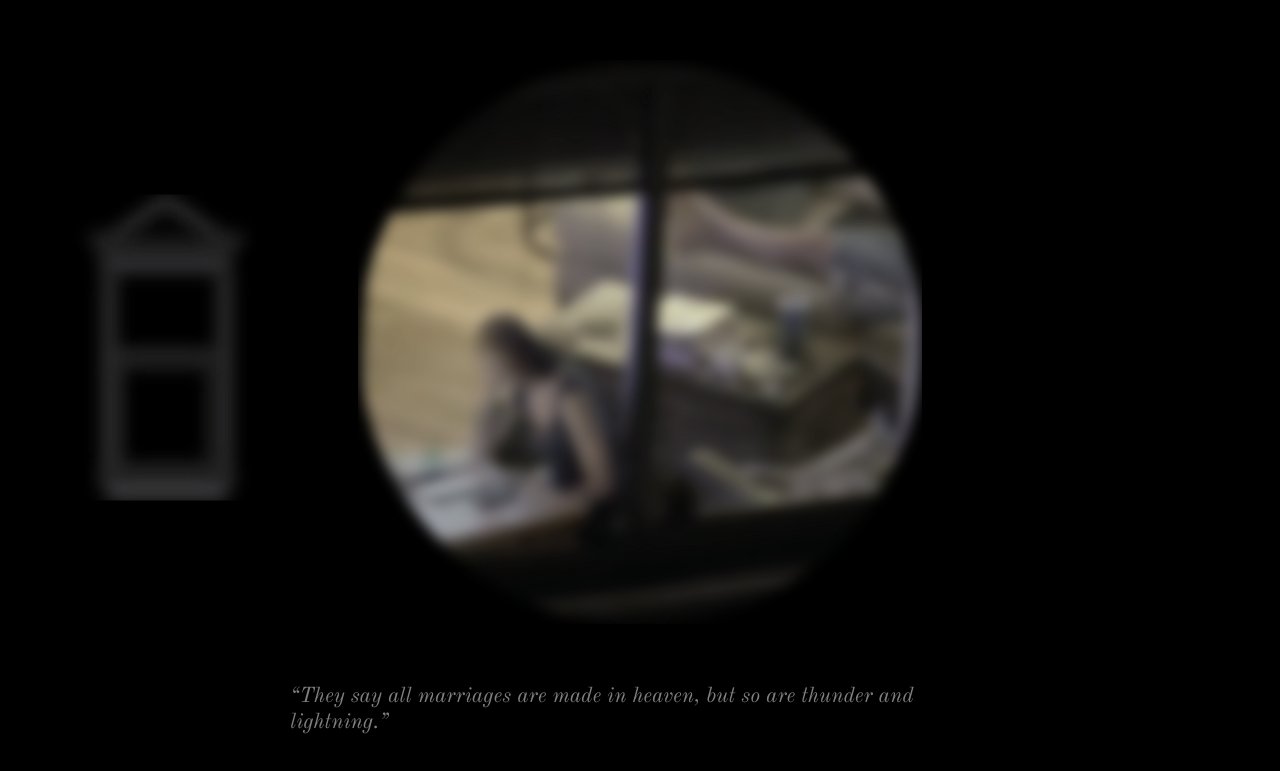
Repository: ConnyPinto/connypinto.github.io
Page: studio/space/final-space/room3.html
The author's editor kept a record of every edit. The page is drawn from the files as they stood at one moment, then again after the next edit.
The browser window is 1280 px wide. The pictures show the whole page.
Some web libraries are served in a nearby version.

Above is the page before.

After the next edit:
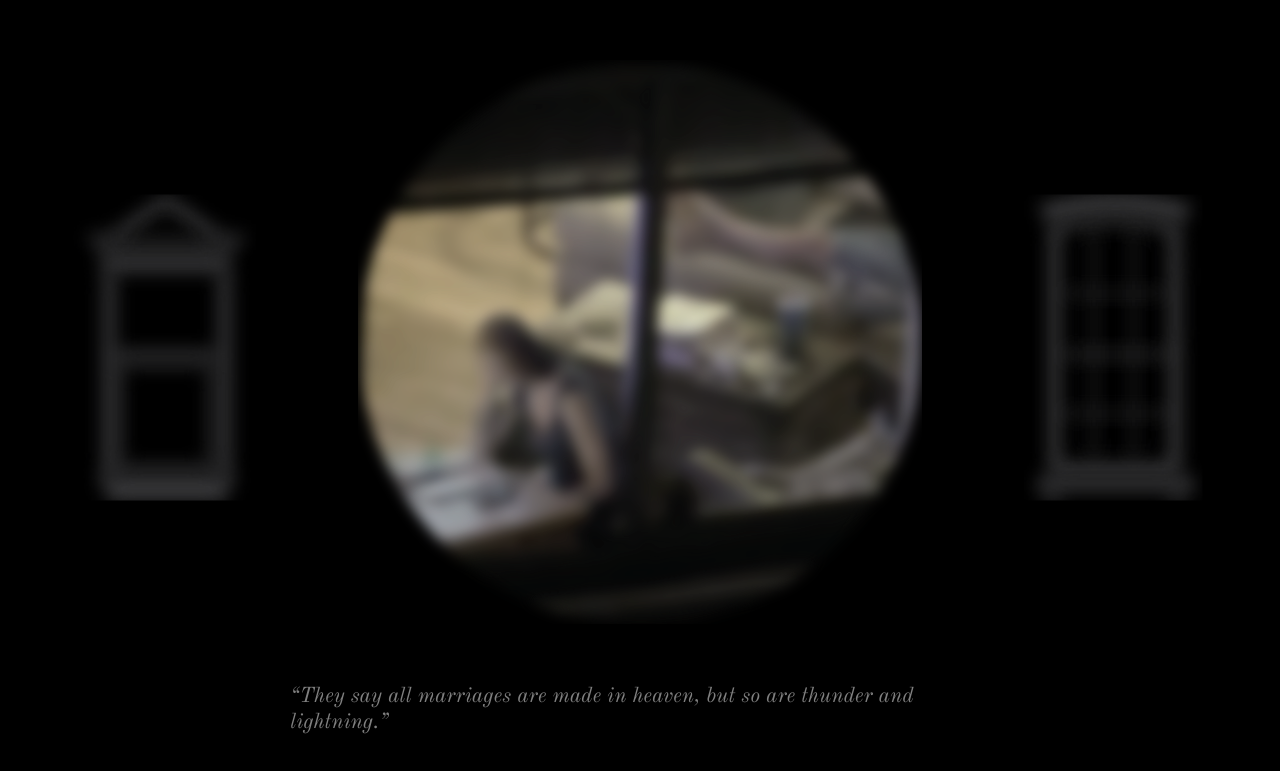
The edit:
--- a/studio/space/final-space/room3.html
+++ b/studio/space/final-space/room3.html
@@ -9,6 +9,17 @@
 </head>
 
 <body>
+
+      <a href="room4.html" class="right-window"
+        style="background-image: url(images/grey-blur-04.png);
+    background-repeat: no-repeat;
+    transform: scale(1.2);
+    width: 153px;
+    height: 255px;
+    display: block;
+    float:right;
+    margin-right:80px;
+    margin-top:160px;"></a>
 
           <a href="room2.html" class="left-window"
         style="background-image: url(images/grey-blur-02-02.png);
